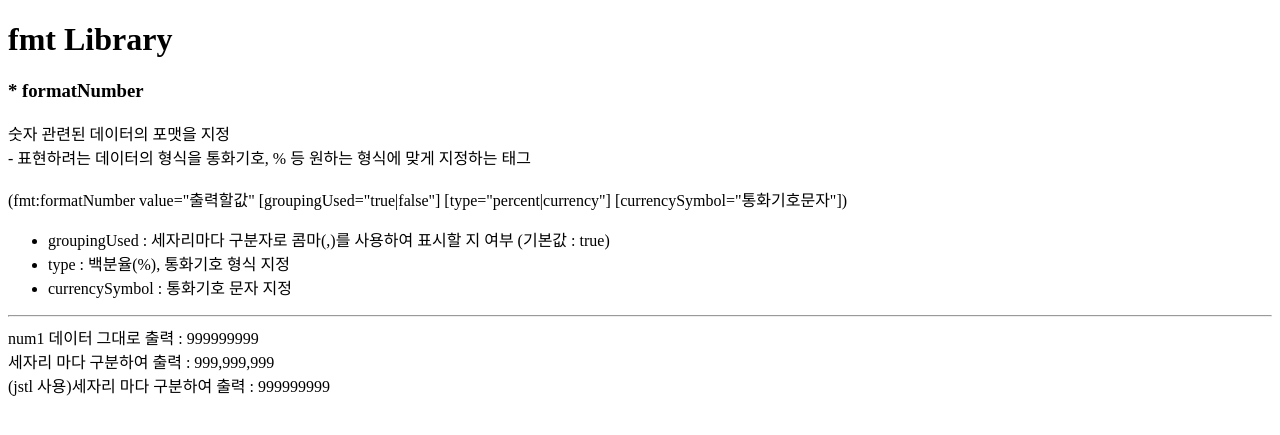
Repository: smjae96/Backup
Page: http://localhost/elActionProject/views/3_CustomAction/02_fmt.jsp
These files come from the project's save history. The page is drawn as it stood at one moment and after the next save; the edit follows.
The browser window is 1280 px wide. The pictures show the whole page.
The page is served by Tomcat 9. Other server files are loaded and not shown.

Above is the page before, as saved 2024-04-02 00:35:29.

### 5_JSP/elActionProject/src/main/webapp/views/3_CustomAction/02_fmt.jsp
<%@ page language="java" contentType="text/html; charset=UTF-8"
    pageEncoding="UTF-8"%>
<%@ taglib prefix="fmt" uri="http://java.sun.com/jsp/jstl/fmt" %>
<%@ taglib prefix="c" uri="http://java.sun.com/jsp/jstl/core" %>
<!DOCTYPE html>
<html>
<head>
<meta charset="UTF-8">
<title>fmt Library</title>
</head>
<body>
	<h1>fmt Library</h1>

	<h3>* formatNumber</h3>
	<p>
		숫자 관련된 데이터의 포맷을 지정<br>
		- 표현하려는 데이터의 형식을 통화기호, % 등 원하는 형식에 맞게 지정하는 태그<br>
		<br>
		(fmt:formatNumber value="출력할값" [groupingUsed="true|false"]
										 [type="percent|currency"]
									 	 [currencySymbol="통화기호문자"])
	<br>
	<ul>
		<li>groupingUsed : 세자리마다 구분자로 콤마(,)를 사용하여 표시할 지 여부 (기본값 : true)</li>
		<li>type : 백분율(%), 통화기호 형식 지정</li>
		<li>currencySymbol : 통화기호 문자 지정</li>
	</ul>
	</p>
	<hr>

	<!-- num1 = 999999999, num2 = 0.77, num3 = 50000 -->
	<c:set var="num1" value="999999999"/>
	<c:set var="num2" value="0.77" />
	<c:set var="num3" value="50000" />

	num1 데이터 그대로 출력 : ${num1 } <br>
	세자리 마다 구분하여 출력 : <fmt:formatNumber value="${num1 }"/> <br>
	(jstl 사용)세자리 마다 구분하여 출력 : <fmt:formatNumber value="${num1 }" groupingUsed="false"/> <br>
</body>
</html>

After the next save:
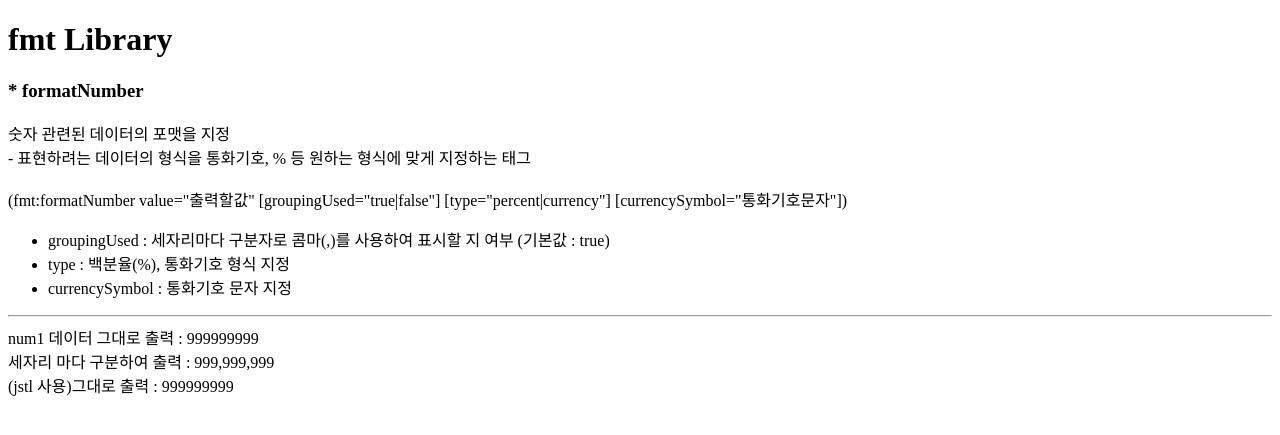
Saved 8 s later.
--- a/5_JSP/elActionProject/src/main/webapp/views/3_CustomAction/02_fmt.jsp
+++ b/5_JSP/elActionProject/src/main/webapp/views/3_CustomAction/02_fmt.jsp
@@ -35,6 +35,6 @@
 
 	num1 데이터 그대로 출력 : ${num1 } <br>
 	세자리 마다 구분하여 출력 : <fmt:formatNumber value="${num1 }"/> <br>
-	(jstl 사용)세자리 마다 구분하여 출력 : <fmt:formatNumber value="${num1 }" groupingUsed="false"/> <br>
+	(jstl 사용)그대로 출력 : <fmt:formatNumber value="${num1 }" groupingUsed="false"/> <br>
 </body>
 </html>
